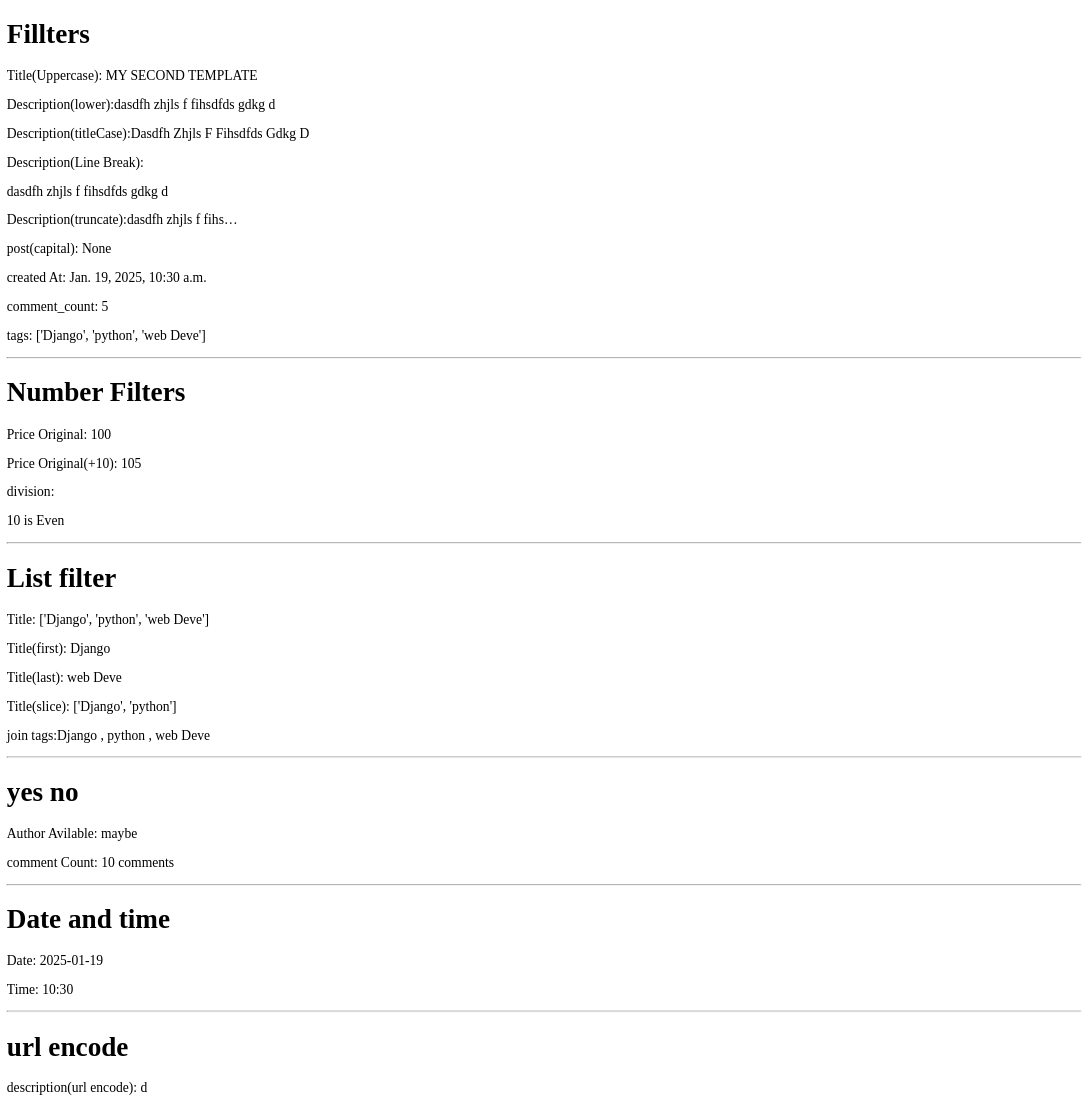
Repository: samratpoudel444/MVT-python
Page: http://localhost/home/
The author's editor kept a copy of each file at every save. The page is drawn from the files as they stood at one save, then again after the next save.
The browser window is 1280 px wide. The pictures show the whole page, at 85% of full size.
The page is served by the project's application, run on Django 5.2 (templatesFilters/manage.py). Other server files are loaded and not shown.

Above is the page before, as saved 2025-12-23 14:29:19.

### templatesFilters/blog/templates/blog/home.html
<!DOCTYPE html>
<html lang="en">
<head>
    <meta charset="UTF-8">
    <meta name="viewport" content="width=device-width, initial-scale=1.0">
    <title>Templates #2</title>
</head>
<body>
    <h1>Fillters</h1>
    <p>Title(Uppercase): {{post.title | upper}}</p>
    <p>Description(lower):{{post.description | lower}}</p>
    <p>Description(titleCase):{{post.description | title}}</p>
    <p>Description(Line Break):{{post.description | linebreaks}}</p>
    <p>Description(truncate):{{post.description | truncatechars:20}}</p>
    <p>post(capital): {{post.author | capfirst }}</p>
    <p>created At: {{post.created_at}}</p>
    <p>comment_count: {{post.comment_count}}</p>
    <p>tags: {{post.tags}}</p>

    <hr>

    <h1>Number Filters</h1>
    <p>Price Original: {{post.price}}</p>
    <p>Price Original(+10): {{post.price | add:5}}</p>
    <p>division:</p>
    {% if post.number|divisibleby:2 %}
    <p>{{post.number}} is Even</p>
    {% else %}
    <p>{{post.number}} is odd</p>
        {% endif %}
    <p></p>

    <hr>
    <h1>List filter</h1>
 <p>Title: {{post.tags}}</p>
 <p>Title(first): {{post.tags|first}}</p>
  <p>Title(last): {{post.tags|last}}</p>
  <p>Title(slice): {{post.tags|slice:"2"}}</p>
  <p>join tags:{{post.tags|join:" , "}}</p>

  <hr>
  <h1>yes no</h1>
  <p>Author Avilable:{{post.author|yesno:"yes, no, maybe"}}</p>
  <p>
    comment Count: {{post.count}} comment{{post.count|pluralize}}
    </p>

    <hr>
    <h1>Date and time</h1>
    <p>Date: {{ post.created_at|date:"Y-m-d" }}</p>
    <p>Time: {{ post.created_at|time:"H:i" }}</p>

    <hr>
    <h1>url encode</h1>
 <p>description(url encode): {{post.description|first}}</p>

</body>
</html>

### templatesFilters/blog/views.py
from django.shortcuts import render
from datetime import datetime
# Create your views here.
def blog_details(request):
    post={
        "title":"My second Template",
        "description":"dasdfh zhjls f fihsdfds  gdkg d",
        "author":None,
        "created_at":datetime(2025,1,19,10,30),
        "comment_count":5,
        "tags":["Django","python","web Deve"],
        "price":100,
        "count":10,
        "number":10
    }
    return render(request, "blog/home.html", {"post":post})

### templatesFilters/templatesFilters/urls.py
"""
URL configuration for templatesFilters project.

The `urlpatterns` list routes URLs to views. For more information please see:
    https://docs.djangoproject.com/en/6.0/topics/http/urls/
Examples:
Function views
    1. Add an import:  from my_app import views
    2. Add a URL to urlpatterns:  path('', views.home, name='home')
Class-based views
    1. Add an import:  from other_app.views import Home
    2. Add a URL to urlpatterns:  path('', Home.as_view(), name='home')
Including another URLconf
    1. Import the include() function: from django.urls import include, path
    2. Add a URL to urlpatterns:  path('blog/', include('blog.urls'))
"""
from django.contrib import admin
from django.urls import path, include

urlpatterns = [
    path('admin/', admin.site.urls),
    path('', include("blog.urls"))
]

### templatesFilters/blog/urls.py
from django.urls import path
from . import views
urlpatterns=[
    path('home/', views.blog_details , name="test")
]

After the next save:
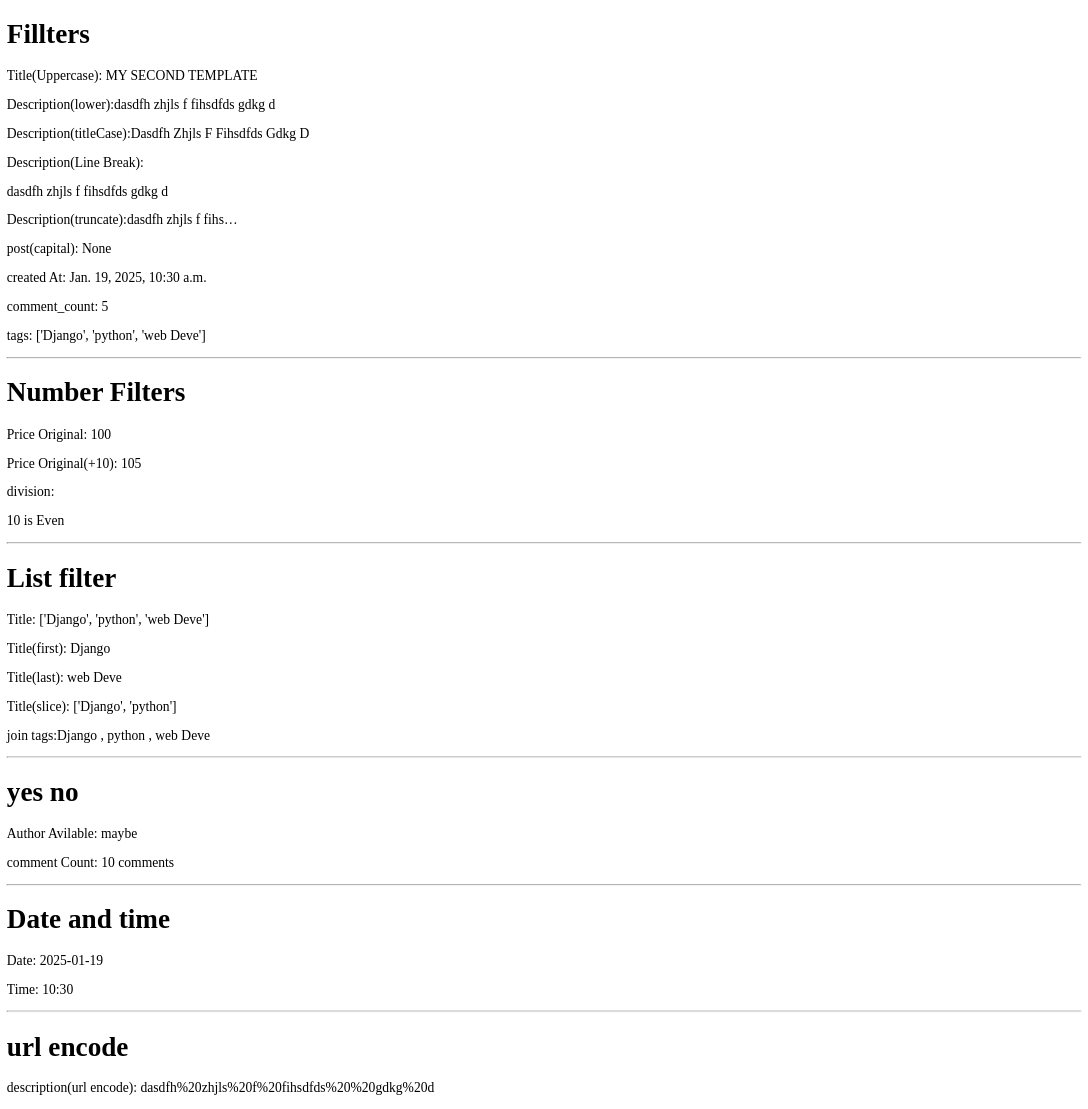
Saved 6 s later.
--- a/templatesFilters/blog/templates/blog/home.html
+++ b/templatesFilters/blog/templates/blog/home.html
@@ -52,7 +52,7 @@
 
     <hr>
     <h1>url encode</h1>
- <p>description(url encode): {{post.description|first}}</p>
+ <p>description(url encode): {{post.description|urlencode}}</p>
 
 </body>
 </html>
